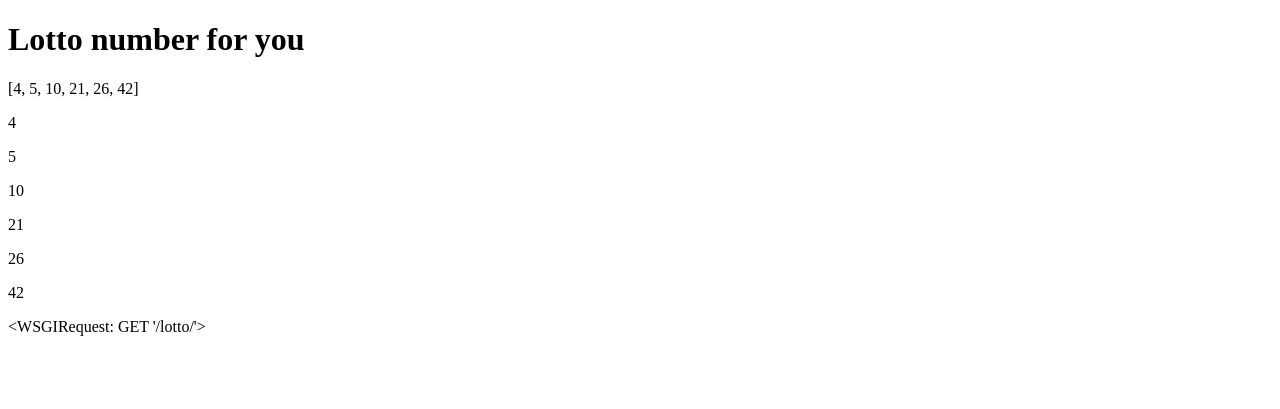
Repository: chloe-codes1/Django
Page: http://localhost/lotto/
The author's editor kept a record of every edit. The page is drawn from the files as they stood at one moment, then again after the next edit.
The browser window is 1280 px wide. The pictures show the whole page.
The page is served by the project's application, run on Django 2.2 (live/django_intro/manage.py). Other server files are loaded and not shown.

Above is the page before.

### live/django_intro/pages/views.py
from django.shortcuts import render

import random

# Create your views here.
def index(request):
    return render(request, 'index.html')

def hello(request):
    return render(request, 'hello.html')

def lotto(request):

    pick = sorted(random.sample(range(1,46),6))
    context = {'pick':pick,}
    # return render(request, 'lotto.html', context)
    return render(request, 'lotto.html', {'pick':pick})

def cube(request, num):
    return render(request, 'cube.html',{'result':num**3})

def about_me(request):
    return render(request, 'about_me.html')

def lunch(request):
    options = ['Waffle', 'Pizza', 'Fried chicken', 'Sushi', 'Fork chop', 'Grenola & Yogurt']
    menu = random.choice(options)
    context = {
        'menu': menu,
        'options': options
    }

    return render(request, 'lunch.html', context)

def hi(request, name):
    context = {
        'name': name
    }
    return render(request, 'hi.html',context)

def add(request, a, b):
    result = a+ b
    context = {
        'a': a,
        'b':b,
        'result': result
    }
    return render(request,'add.html', context)


def dinner(reqeust, menu, num):
    context = {
        'menu': menu,
        'num' : num,
    }
    return render(reqeust, 'dinner.html', context)

def posts(request, id):
    context = {
        'id':id
    }
    return render(request, 'post.html', id)

### live/django_intro/pages/templates/lotto.html
<!DOCTYPE html>
<html lang="en">
<head>
    <meta charset="UTF-8">
    <meta name="viewport" content="width=device-width, initial-scale=1.0">
    <meta http-equiv="X-UA-Compatible" content="ie=edge">
    <title>Lotto</title>
</head>
<body>
    <h1>Lotto number for you</h1>
    <p> {{pick}}</p>

    {% for number in pick %}
       <p>{{number}}</p>
    {% endfor %}

    <p>{{ request }}</p>
</body>
</html>

### live/django_intro/django_intro/urls.py
"""django_intro URL Configuration

The `urlpatterns` list routes URLs to views. For more information please see:
    https://docs.djangoproject.com/en/2.1/topics/http/urls/
Examples:
Function views
    1. Add an import:  from my_app import views
    2. Add a URL to urlpatterns:  path('', views.home, name='home')
Class-based views
    1. Add an import:  from other_app.views import Home
    2. Add a URL to urlpatterns:  path('', Home.as_view(), name='home')
Including another URLconf
    1. Import the include() function: from django.urls import include, path
    2. Add a URL to urlpatterns:  path('blog/', include('blog.urls'))
"""
from django.contrib import admin
from django.urls import path
from pages import views

urlpatterns = [
    path('admin/', admin.site.urls),
    path('index/', views.index),
    path('hello/', views.hello),
    path('lotto/', views.lotto),
    path('cube/<int:num>/', views.cube),
    path('about_me/',views.about_me),
    path('lunch/', views.lunch),
    #variable routing
    path('hi/<str:name>/', views.hi),
    path('add/<int:a>/<int:b>', views.add),
    path('dinner/<str:menu>/<int:num>/', views.dinner),
    path('posts/<int:id>/', views.posts),
]

After the next edit:
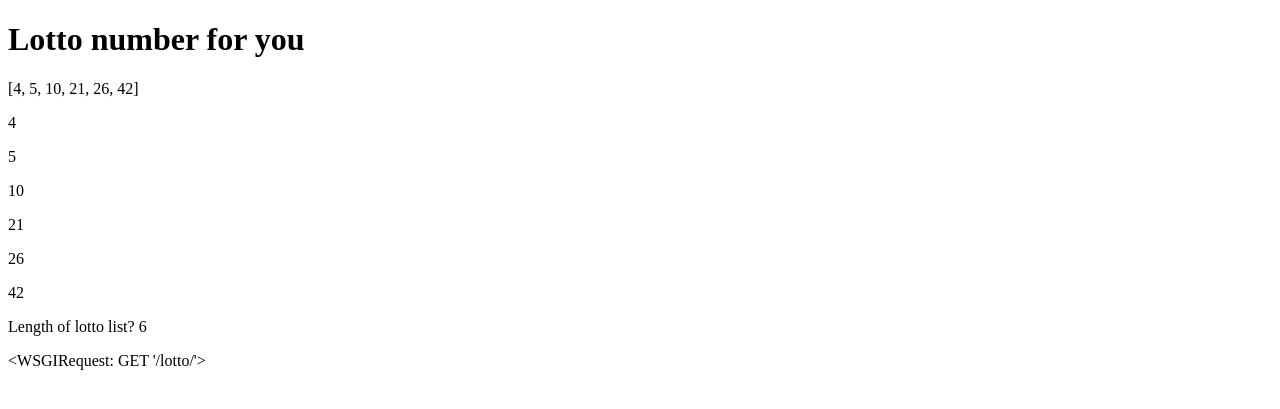
The edit:
--- a/live/django_intro/pages/templates/lotto.html
+++ b/live/django_intro/pages/templates/lotto.html
@@ -14,6 +14,7 @@
        <p>{{number}}</p>
     {% endfor %}
 
+    <p>Length of lotto list? {{pick|length}}</p>
     <p>{{ request }}</p>
 </body>
 </html>
